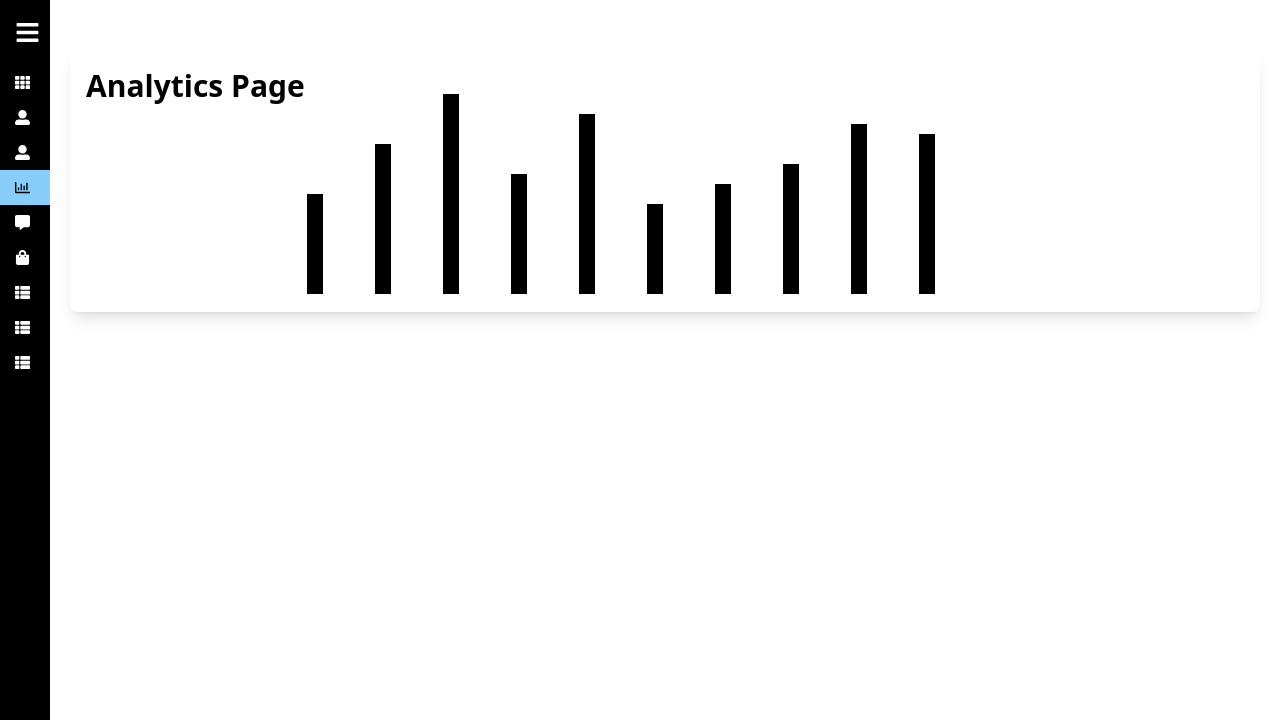
Repository: AndargWorku12/admin-dashboard
Page: /analytics
An editor plug-in stored every save of this project. The page is shown before and after the next save, followed by the edit.
The browser window is 1280 px wide. The pictures show the whole page.
The project was rebuilt for these pictures with package versions that can differ from the ones it lists, and the page was loaded fresh each time. Also part of the build but not shown: src/pages/Dashboard.tsx, src/pages/Orders.tsx, src/pages/Category.tsx, src/pages/Login.tsx, src/pages/CustemerReview.tsx, src/pages/ProductList.tsx, src/pages/ShopCard.tsx, src/pages/SignUpForm.tsx.

Above is the page before, as saved 2024-01-25 05:24:40.

After the next save:
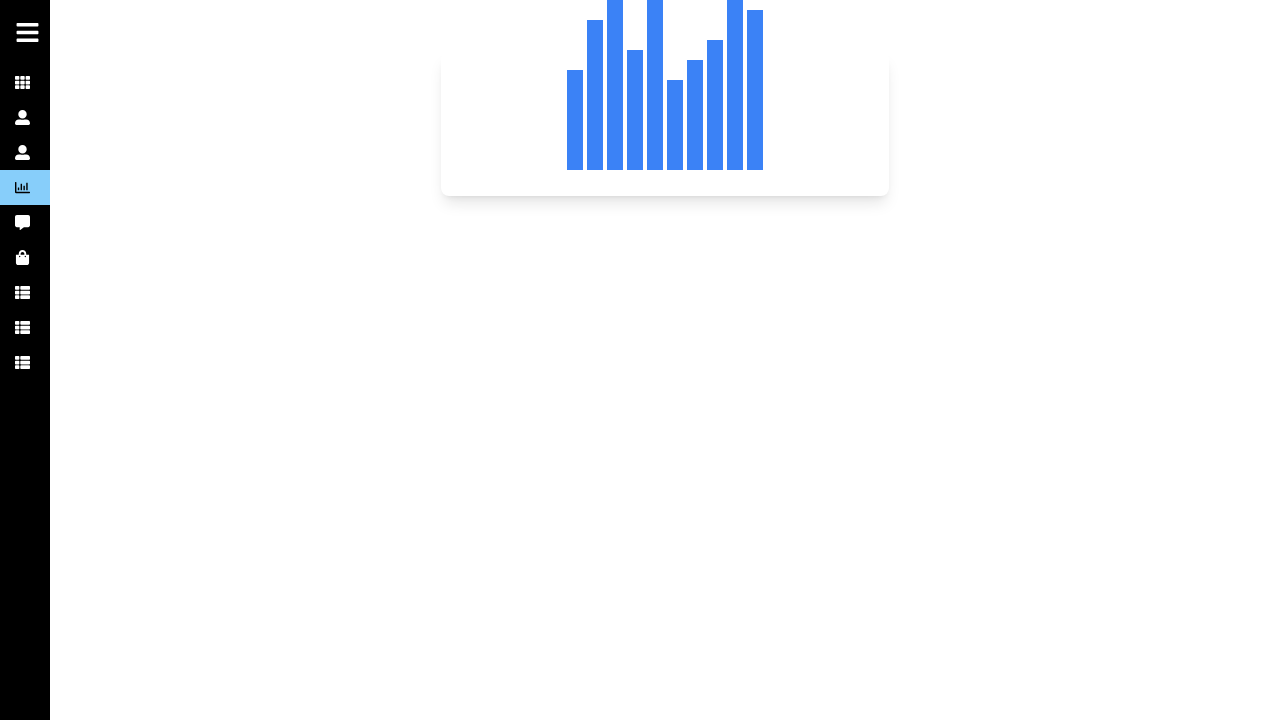
Saved 86 s later.
--- a/src/pages/Analytics.tsx
+++ b/src/pages/Analytics.tsx
@@ -1,6 +1,7 @@
 import React from 'react';
 
-interface AnalyticsProps {
+interface AnalyticsCardProps {
+  title: string;
   saleData: SaleData[];
 }
 
@@ -9,11 +10,11 @@ type SaleData = {
   amount: number;
 };
 
-const Analytics: React.FC<AnalyticsProps> = ({ saleData }) => {
+const AnalyticsCard: React.FC<AnalyticsCardProps> = ({ title, saleData }) => {
   return (
-    <div className="container mx-auto my-8 p-4 bg-white shadow-lg rounded-lg text-center">
-      <h2 className="text-3xl font-bold mb-4">Analytics Page</h2>
-      <div className="flex justify-center items-end h-300 mt-6 gap-12 border-3 border-red-500">
+    <div className="max-w-md mx-auto mt-8 p-6 bg-white shadow-lg rounded-lg">
+      <h2 className="text-2xl font-bold mb-4">{title}</h2>
+      <div className="flex justify-center items-end h-20 mt-4">
         {saleData.map((data, index) => (
           <Line key={index} amount={data.amount} />
         ))}
@@ -28,64 +29,8 @@ interface LineProps {
 
 const Line: React.FC<LineProps> = ({ amount }) => {
   return (
-    <div className="bg-black w-4 m-0.5 border-3 border-blue-500" style={{ height: `${amount}px` }}></div>
+    <div className="bg-blue-500 w-4 m-0.5" style={{ height: `${amount}px` }}></div>
   );
 };
 
-export default Analytics;
-
-
-
-
-
-
-
-// import React from 'react';
-
-
-// // interface saleData {
-// //   date:string;
-// //   amount:number;
-// // }
-// interface AnalyticsProps {
-//   saleData: saleData[];
-// }
-
-// type saleData = {
-//   date: string;
-//   amount: number;
-// };
-
-// const Analytics: React.FC<AnalyticsProps> = ({ saleData }) => {
-//   const containerStyle: React.CSSProperties = {
-//     textAlign: 'center',
-//     padding: '20px',
-//   };
-
-//   const barChartContainerStyle: React.CSSProperties = {
-//     display: 'flex',
-//     justifyContent: 'center',
-//     alignItems: 'flex-end',
-//     height: '300px',
-//     marginTop: '20px',
-//   };
-
-//   const barStyle: React.CSSProperties = {
-//     backgroundColor: 'blue',
-//     width: '40px',
-//     margin: '0 5px',
-//   };
-
-//   return (
-//     <div style={containerStyle}>
-//       <h2>Analytics Page</h2>
-//       <div style={barChartContainerStyle}>
-//         {saleData.map((value, index) => (
-//           <div key={index} style={{ ...barStyle, height: `${value}px` }}></div>
-//         ))}
-//       </div>
-//     </div>
-//   );
-// };
-
-// export default Analytics;
+export default AnalyticsCard;
